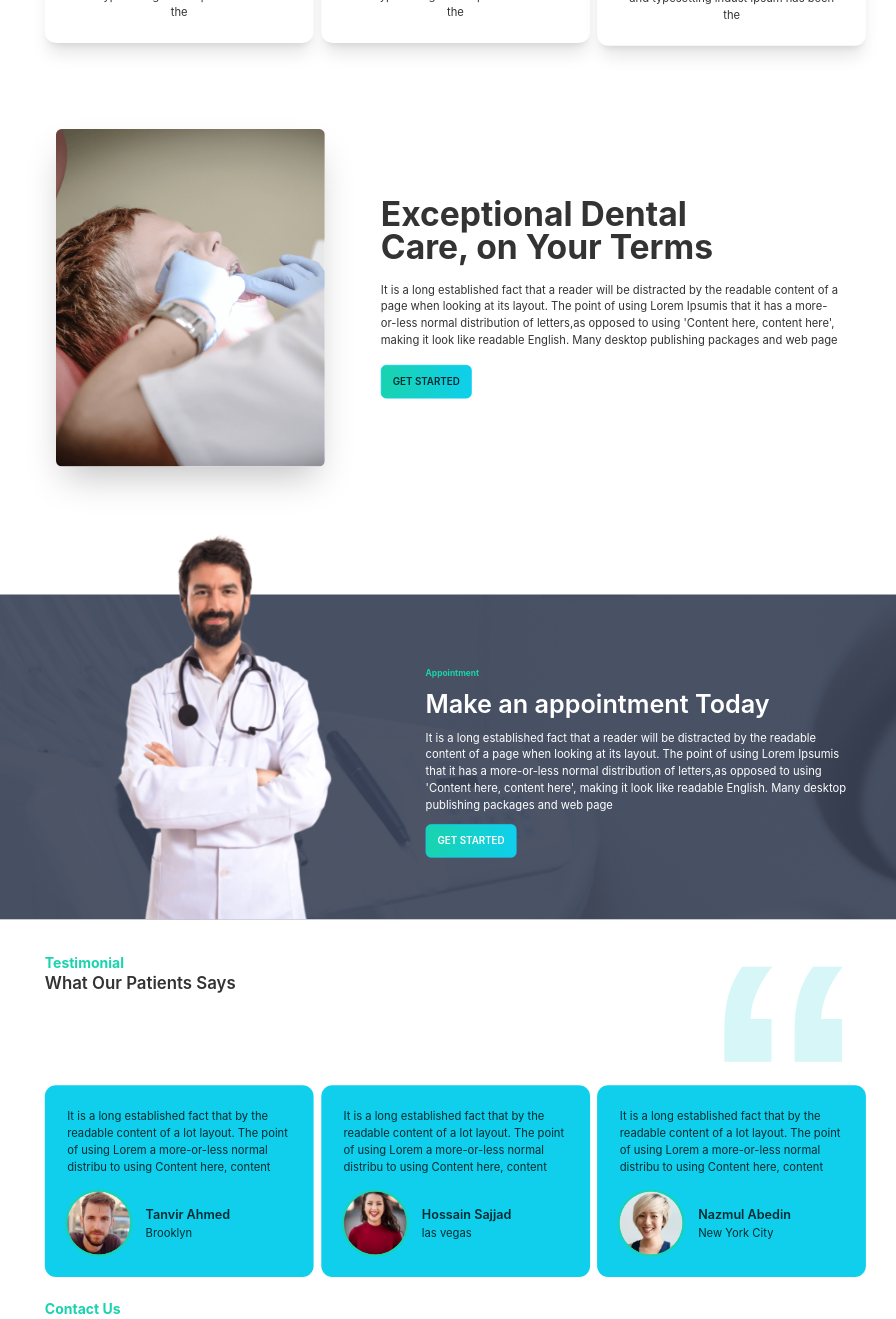
Repository: Tanvir3744/Doctors-client-website
Page: /
An editor plug-in stored every save of this project. The page is shown before and after the next save, followed by the edit.
The browser window is 1280 px wide. The pictures show the part of the page from y = 1306 to 3226 px (the page is 3190 px tall before and 3226 px after), at 70% of full size.
The project was rebuilt for these pictures with package versions that can differ from the ones it lists, and the page was loaded fresh each time. Also part of the build but not shown: src/Pages/About/About.js, src/Pages/Login/Login.js, src/Pages/NotFound/NotFound.js.

Above is the page before, as saved 2022-05-25 23:20:44.

### src/App.js
import { Routes, Route } from 'react-router-dom'
import About from './Pages/About/About';
import Home from './Pages/Home/Home';
import Login from './Pages/Login/Login';
import NotFound from './Pages/NotFound/NotFound';
import Navbar from './Pages/Shared/Navbar';
function App() {
  return (
    <div className="App">
      <Navbar></Navbar>
      <Routes>
        <Route path='/' element={<Home />}></Route>
        <Route path='/home' element={<Home />}></Route>
        <Route path='/about' element={<About />}></Route>
        <Route path='/login' element={<Login />}></Route>
        <Route path='*' element={<NotFound />}></Route>
      </Routes>
    </div>
  );
}

export default App;

### src/Pages/Home/Home.js
import React from 'react';
import InfoCards from '../../components/InfoCards';
import Banner from './Banner/Banner';
import ContactUs from './ContactUs';
import MakeAppointment from './MakeAppointment';
import ServiceHero from './ServiceHero';
import Services from './Services';
import Testimonials from './Testimonials';

const Home = () => {
    return (
        <div>
            <Banner />
            <InfoCards />
            <Services />
            <ServiceHero />
            <MakeAppointment />
            <Testimonials />
            <ContactUs />
        </div>
    );
};

export default Home;

### src/Pages/Shared/Navbar.js
import React from 'react';
import { Link } from 'react-router-dom';

const Navbar = () => {
    //menu items stored here
    const menuItems = <>
        <li><Link to="/">Home</Link></li>
        <li><Link to="/about">About</Link></li>
        <li><Link to="/appointment">Appointmenet</Link></li>
        <li><Link to="/reviews">Reviews</Link></li>
        <li><Link to="/contact">Contact Us</Link></li>
        <li><Link to="/login">Log in </Link></li>
    </>
    return (
        <div>
            <div class="navbar bg-base-100">
                <div class="navbar-start">
                    <div class="dropdown">
                        <label tabindex="0" class="btn btn-ghost lg:hidden">
                            <svg xmlns="http://www.w3.org/2000/svg" class="h-5 w-5" fill="none" viewBox="0 0 24 24" stroke="currentColor"><path stroke-linecap="round" stroke-linejoin="round" stroke-width="2" d="M4 6h16M4 12h8m-8 6h16" /></svg>
                        </label>
                        <ul tabindex="0" class="menu menu-compact dropdown-content mt-3 p-2 shadow bg-base-100 rounded-box w-52">
                           {menuItems}
                        </ul>
                    </div>
                    <Link to='/' class="btn btn-ghost normal-case text-xl">daisyUI</Link>
                </div>
                <div class="navbar-center hidden lg:flex">
                    <ul class="menu menu-horizontal p-0">
                        {menuItems}
                    </ul>
                </div>
            </div>
        </div>
    );
};

export default Navbar;

### src/components/InfoCards.js
import React from 'react';
import ChildInfoCards from './ChildInfoCards';
import Clock from './../assets/icons/clock.svg'
import Marker from './../assets/icons/marker.svg'
import Phone from './../assets/icons/phone.svg'
const InfoCards = () => {

    return (
        <div className='grid px-16 grid-cols-1 lg:grid-cols-3 gap-5 -mt-28'>
            <ChildInfoCards bgClass='bg-gradient-to-r from-secondary to-primary' cardTitle='Opening Hours' img={Clock} />
            <ChildInfoCards bgClass='bg-warning' cardTitle='Our Location' img={Marker} />
            <ChildInfoCards bgClass='bg-gradient-to-r from-secondary to-primary' cardTitle='Contact Us' img={Phone} />
        </div>
    );
};

export default InfoCards;

### src/Pages/Home/Banner/Banner.js
import React from 'react';
import chair from '../../../assets/images/chair.png'
const Banner = () => {
    return (
        <div className='px-12'>
            <div class="hero min-h-screen conatiner mx-auto">
                <div class="hero-content flex-col lg:flex-row-reverse -mt-28">
                    <img src={chair} class="max-w-sm rounded-lg shadow-2xl " />
                    <div className='px-16'>
                        <h1 class="text-5xl font-bold">Box Office News!</h1>
                        <p class="py-6">Provident cupiditate voluptatem et in. Quaerat fugiat ut assumenda excepturi exercitationem quasi. In deleniti eaque aut repudiandae et a id nisi.</p>
                        <button class="btn btn-primary text-white rounded-lg bg-gradient-to-r from-secondary to-primary">Get Started</button>
                    </div>
                </div>
            </div>
        </div>
    );
};

export default Banner;

### src/Pages/Home/ContactUs.js
import React from 'react';

const ContactUs = () => {
    return (
        <section className='px-16 mt-8'>
            <div className="text">
                <h4 className='text-secondary text-xl font-bold capitalize'>Contact us</h4>
            </div>
        </section>
    );
};

export default ContactUs;

### src/Pages/Home/MakeAppointment.js
import React from 'react';
import Appointment from "../../assets/images/appointment.png";
import Doctor from '../../assets/images/doctor.png';
const MakeAppointment = () => {
    return (
        <div style={{background:`url(${Appointment})`}} className='flex justify-center items-center mt-16'>
            <div className='flex-1 -mt-36 hidden sm:block '>
                <img src={Doctor} alt="Doctors image" />
            </div>
            <div className='flex-1 pr-16 '>
                <h6 className='my-4 text-secondary text-xl font-bold lg:text-xs'>Appointment</h6>
                <h5 className='my-4 text-white text-4xl font-semibold '>Make an appointment Today</h5>
                <p className='my-4 text-white'>It is a long established fact that a reader will be distracted by the readable content of a page when looking at its layout. The point of using Lorem Ipsumis that it has a more-or-less normal distribution of letters,as opposed to using 'Content here, content here', making it look like readable English. Many desktop publishing packages and web page</p>
                <button className="btn btn-primary bg-gradient-to-r from-secondary text-white font-semibold to-primary">Get Started</button>
            </div>
        </div>
    );
};

export default MakeAppointment;

### src/Pages/Home/ServiceHero.js
import React from 'react';
import Treatment from '../../assets/images/treatment.png'

const ServiceHero = () => {
    return (
        <div>
            <div class="hero min-h-screen px-16">
                <div class="hero-content flex-col lg:flex-row">
                    <img src={Treatment} class="max-w-sm rounded-lg shadow-2xl" />
                    <div className="ml-16">
                        <h1 class="text-5xl font-bold">Exceptional Dental </h1>
                        <h1 class="text-5xl font-bold">Care, on Your Terms</h1>
                        <p class="py-6">It is a long established fact that a reader will be distracted by the readable content of a page when looking at its layout. The point of using Lorem Ipsumis that it has a more-or-less normal distribution of letters,as opposed to using 'Content here, content here', making it look like readable English. Many desktop publishing packages and web page</p>
                        <button class="btn btn-primary bg-gradient-to-r from-secondary to-primary">Get Started</button>
                    </div>
                </div>
            </div>
        </div>
    );
};

export default ServiceHero;

### src/Pages/Home/Services.js
import React from 'react';
import Fluoride from '../../assets/images/fluoride.png';
import Cavity from '../../assets/images/cavity.png';
import Whitening from '../../assets/images/whitening.png';
import Service from './Service';
const Services = () => {
    const serviceData = [
        {
            _id: 1,
            img: Fluoride,
            name: 'Fluoride Treatment',
            desc: 'Lorem Ipsum is simply dummy printing and typesetting indust Ipsum has been the',
        },
        {
            _id: 2,
            img: Cavity,
            name: 'Cavity Filling',
            desc: 'Lorem Ipsum is simply dummy printing and typesetting indust Ipsum has been the'
        },
        {
            _id: 3,
            img: Whitening,
            name: 'Teeth Whitening',
            desc: 'Lorem Ipsum is simply dummy printing and typesetting indust Ipsum has been the'
        }

    ]
    return (
        <div>
            <div className=' text-center mt-20'>
                <h3 className='text-primary uppercase font-bold text-2xl'>Our Services</h3>
                <h2 className='text-4xl text-dark capitalize font-semibold'>Services we provide</h2>
            </div>
            <div className="service-cards gap-8 grid sm:grid-cols-1 md:grid-cols-2 lg:grid-cols-3  mt-8 px-16">
                {
                    serviceData.map(serve => <Service key={serve._id} service = {serve}></Service>)
                }
            </div>
        </div>
    );
};

export default Services;

### src/Pages/Home/Testimonials.js
import React from 'react';
import Quote from '../../assets/icons/quote.svg';
import People1 from '../../assets/images/people1.png';
import People2 from '../../assets/images/people2.png';
import People3 from '../../assets/images/people3.png'
import TestCard from '../../components/TestCard';

const Testimonials = () => {
    const testData = [
        {
            _id: 5,
            name: 'Tanvir Ahmed',
            review: 'It is a long established fact that by the readable content of a lot layout. The point of using Lorem a more-or-less normal distribu to using Content here, content',
            img: People1,
            address:'Brooklyn'
        },
        {
            _id: 6,
            name: 'Hossain Sajjad',
            review: 'It is a long established fact that by the readable content of a lot layout. The point of using Lorem a more-or-less normal distribu to using Content here, content',
            img: People2,
            address:'las vegas'
        },
        {
            _id: 7,
            name: 'Nazmul Abedin',
            review: 'It is a long established fact that by the readable content of a lot layout. The point of using Lorem a more-or-less normal distribu to using Content here, content',
            img: People3,
            address:'New York City'
        }

    ]
    return (
        <section>
            <div className='mt-12 px-16 flex justify-between'>
                <div>
                    <h3 className='text-xl text-secondary font-bold'>Testimonial</h3>
                    <h2 className='text-2xl font-semibold'>What Our Patients Says</h2>
                </div>
                <div className='w-28 lg:w-48'>
                    <img src={Quote} alt="" />
                </div>
            </div>

            {/* testimonial cards */}
            <div className=' grid sm:grid-cols-1 md:grid-cols-2 lg:grid-cols-3 px-16 mt-8  gap-8'>
                {
                    testData.map(test => <TestCard key={test._id} test={test}></TestCard>)
                }
            </div>
        </section>
    );
};

export default Testimonials;

### src/components/ChildInfoCards.js
import React from 'react';

const ChildInfoCards = (props) => {
    const {img, cardTitle, bgClass} = props;
    return (
        <div className='container'>
            <div className={`card lg:card-side shadow-xl p-4 pl-4  ${bgClass}`}>
                <figure><img src={img} alt="Info cards" /></figure>
                <div class="card-body text-white">
                    <h2 class="card-title">{cardTitle}</h2>
                    <p>Click the button to listen on Spotiwhy app.</p>
                </div>
            </div>
        </div>
    );
};

export default ChildInfoCards;

### src/Pages/Home/Service.js
import React from 'react';

const Service = (props) => {
    const {name, img, desc} = props.service;
    return (
        <div>
            <div className="card   w-96 bg-base-100 shadow-xl">
                <figure className="px-10 pt-10">
                    <img src={img} alt="Shoes" className="rounded-xl" />
                </figure>
                <div className="card-body items-center text-center">
                    <h2 className="card-title font-semibold text-2xl">{name}</h2>
                    <p>{desc}</p>
                </div>
            </div>
        </div>
    );
};

export default Service;

### src/components/TestCard.js
import React from 'react';

const TestCard = (props) => {
    const { name, img, review, address } = props.test;
    return (
        <div>
            <div class="card w-96 bg-primary text-primary-content">
                <div class="card-body">
                    <p>{review}</p>
                    <div class="flex items-center justify-start mt-4 ">
                        <div class="w-24 rounded-full  ring-offset-base-100 ring-offset-2">
                            <img className='ring ring-secondary rounded-full' src={img} />
                        </div>
                        <div className='ml-4 flex flex-col self-center'>
                            <h5 className='text-lg font-semibold text-dark'>{name}</h5>
                            <h6>{address}</h6>
                        </div>
                    </div>
                </div>
            </div>
        </div>
    );
};

export default TestCard;

### tailwind.config.js
module.exports = {
  content: ["./src/**/*.{html,js}"],
  theme: {
    extend: {},
  },
  daisyui: {
    themes: [
      {

        mytheme: {
          primary: "#0FCFEC",
          secondary: "#19D3AE",
          neutral: "#3d4451",
          warning : "#3A4256",
          accent: "#37cdbe",
          "base-100": "#ffffff",
        },
      },
      "cupcake",
    ],
  },
  plugins: [require("daisyui")],
}

Loaded but not shown: public/index.html (common file); src/index.js (common file); src/index.css (common file); src/reportWebVitals.js (common file)

After the next save:
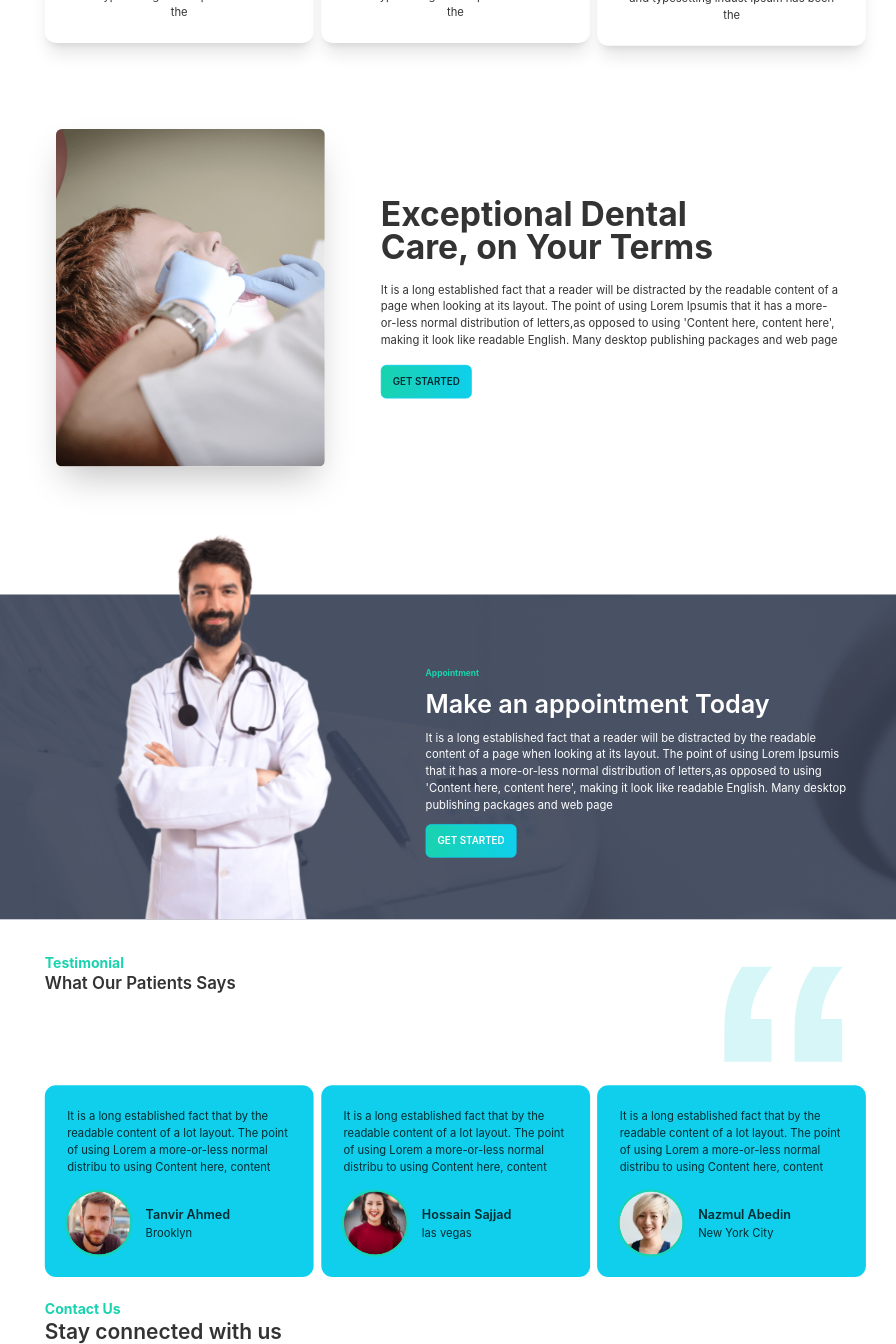
Saved 43 s later.
--- a/src/Pages/Home/ContactUs.js
+++ b/src/Pages/Home/ContactUs.js
@@ -5,6 +5,7 @@ const ContactUs = () => {
         <section className='px-16 mt-8'>
             <div className="text">
                 <h4 className='text-secondary text-xl font-bold capitalize'>Contact us</h4>
+                <h3 className="text-3xl font-semibold dark">Stay connected with us</h3>
             </div>
         </section>
     );
